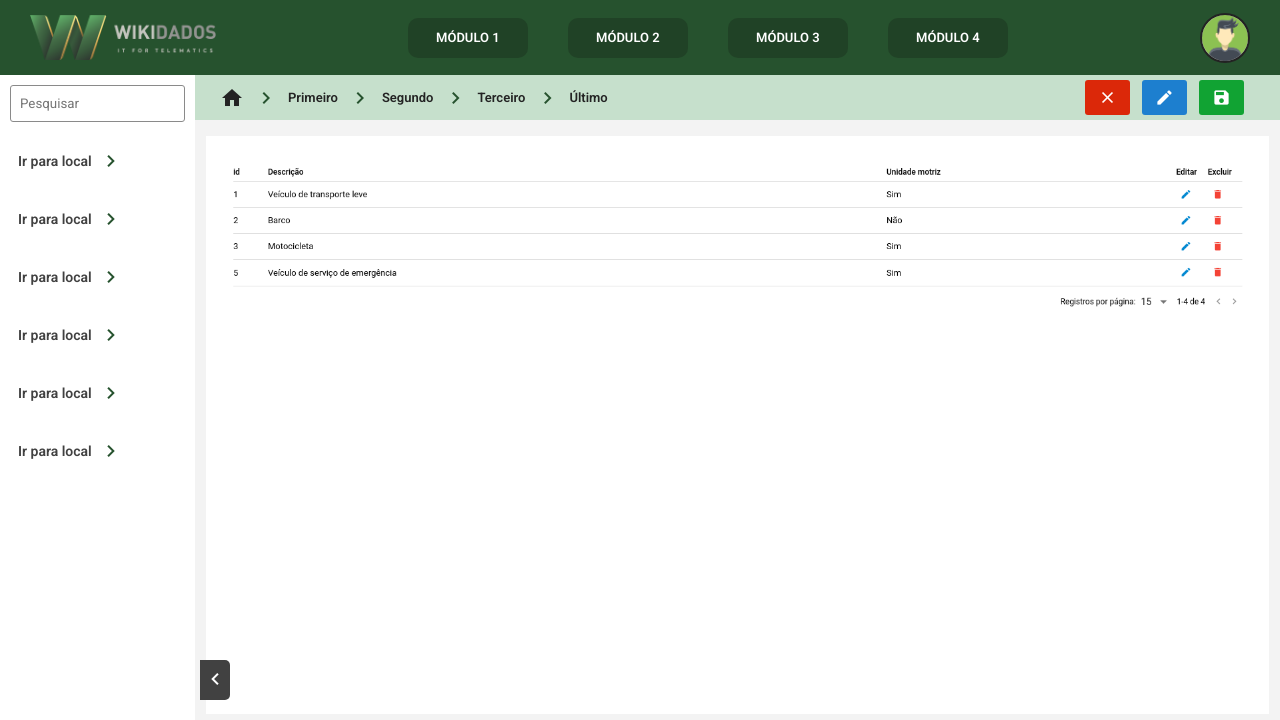
Repository: AlexDjon/alexdjon.github.io
Page: wiki-relayout/index.html
These files come from the project's save history. The page is drawn as it stood at one moment and after the next save; the edit follows.
The browser window is 1280 px wide. The pictures show the whole page.

Above is the page before, as saved 2020-08-12 17:30:01.

After the next save:
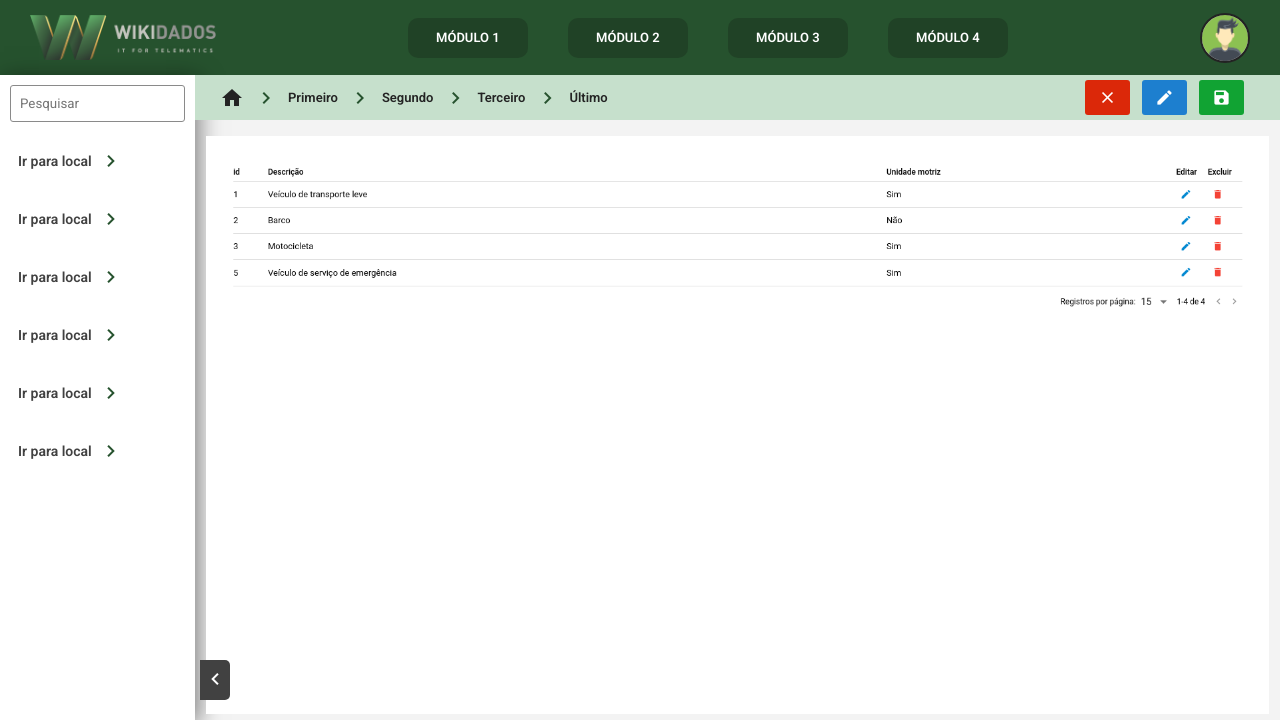
Saved 6 min 16 s later.
--- a/wiki-relayout/css/styles.css
+++ b/wiki-relayout/css/styles.css
@@ -117,6 +117,7 @@ body {
   height: calc(100vh - var(--cabecalhoY));
   background: var(--white);
   /* border-bottom: solid 20px var(--verdeW); */
+  box-shadow: 4px 4px 22px 0px rgba(10, 10, 10, 0.5);
 }
 .navbar.ativo {
   width: 0;
